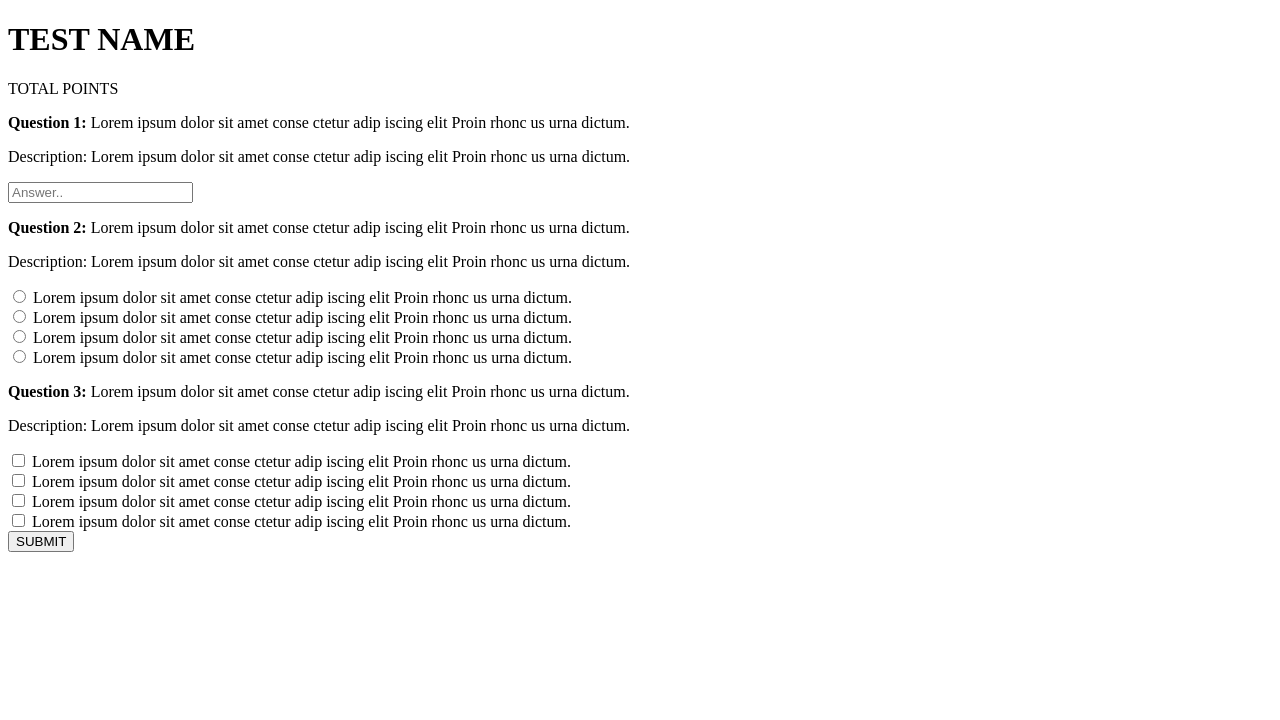
Repository: AOY311/DuckEdu
Page: test2.html
These files come from the project's save history. The page is drawn as it stood at one moment and after the next save; the edit follows.
The browser window is 1280 px wide. The pictures show the whole page.

Above is the page before, as saved 2021-10-29 20:42:19.
Not found: test_site.css

After the next save:
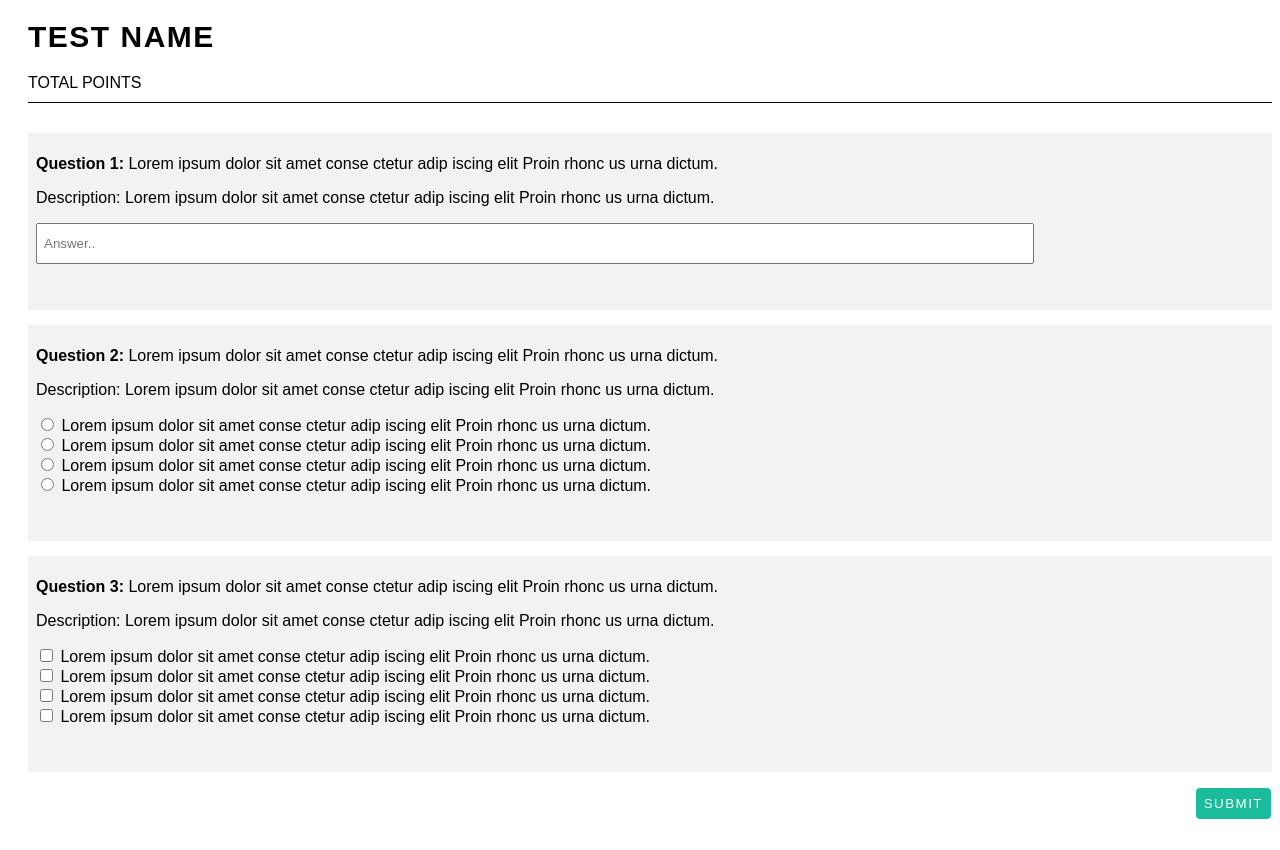
Saved 11 s later.
--- a/test2.html
+++ b/test2.html
@@ -9,6 +9,74 @@
     <link rel="stylesheet" href="test_site.css" />
     <link rel="stylesheet" href="https://cdnjs.cloudflare.com/ajax/libs/font-awesome/4.7.0/css/font-awesome.min.css" />
     <script src="https://ajax.googleapis.com/ajax/libs/jquery/3.5.1/jquery.min.js"></script>
+    <style>
+        .test-form {
+            margin: 0;
+            box-sizing: border-box;
+            font-family: sans-serif;
+            padding-left: 20px;
+        }
+
+        .test-name {
+            letter-spacing: 1.5px;
+            font-size: 30px;
+        }
+
+        .point {
+            margin-bottom: 30px;
+            border-bottom: 1px solid #000;
+            padding-bottom: 10px;
+        }
+
+        .answer {
+            margin-bottom: 40px;
+        }
+
+        .input-ans {
+            padding: 6px;
+            width: 80%;
+            line-height: 25px;
+            outline: none;
+        }
+
+        .no-ques {
+            background-color: #f2f2f2;
+            padding: 6px 8px;
+            margin-bottom: 15px;
+        }
+
+        .btn-test {
+            padding: 8px;
+            background-color: #1abc9c;
+            color: #fff;
+            border: 1px solid #fff;
+            cursor: pointer;
+            letter-spacing: 1.5px;
+            border-radius: 5px;
+            float: right;
+            margin-bottom: 30px;
+        }
+
+        .btn-test:hover {
+            opacity: 0.8;
+        }
+
+        .ftb {
+            cursor: pointer;
+            line-height: 30px;
+            width: 50px;
+        }
+
+        #checkmark {
+            display: none;
+        }
+
+        #times1,
+        #times2,
+        #times3 {
+            display: none;
+        }
+    </style>
 </head>
 
 <body>
